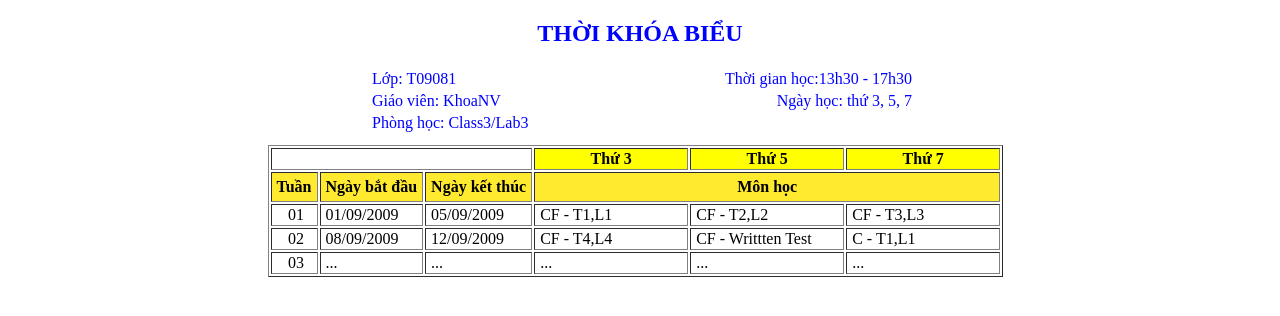
Repository: Lehuyhuynh/BT1-HTML
Page: index.html
An editor plug-in stored every save of this project. The page is shown before and after the next save, followed by the edit.
The browser window is 1280 px wide. The pictures show the whole page.

Above is the page before, as saved 2023-08-06 22:25:35.

After the next save:
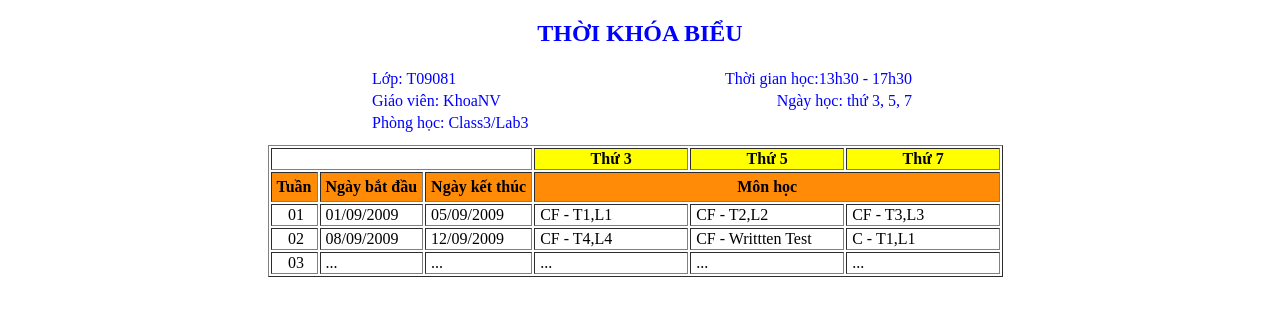
Saved 9 s later.
--- a/index.html
+++ b/index.html
@@ -76,7 +76,7 @@
             <th id="rank">Thứ 7</th>
           </tr>
 
-          <tr style="background-color: rgba(255, 230, 0, 0.815);">
+          <tr style="background-color: rgba(255, 136, 0, 0.973);">
             <th id="week">Tuần</th>
             <th id="extended-time">Ngày bắt đầu</th>
             <th id="extended-time">Ngày kết thúc</th>
